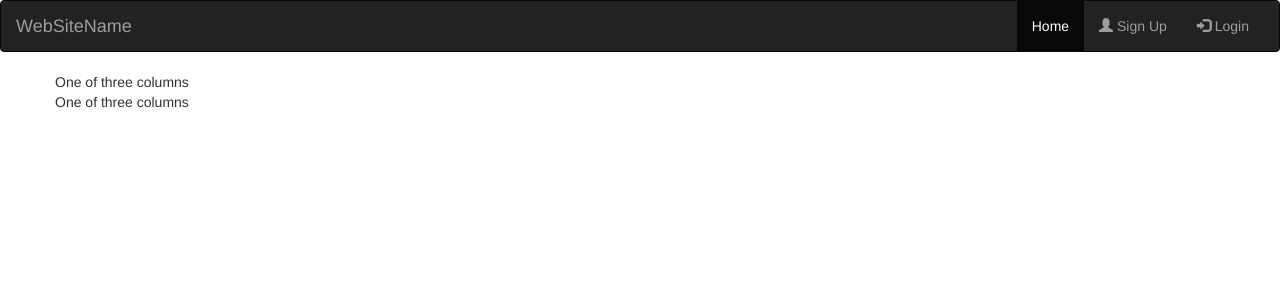
Repository: prathmeshgodbole/Web_Development
Page: Mobile_tracker/Installation.html
These files come from the project's save history. The page is drawn as it stood at one moment and after the next save; the edit follows.
The browser window is 1280 px wide. The pictures show the whole page.

Above is the page before, as saved 2020-03-08 17:20:31.

After the next save:
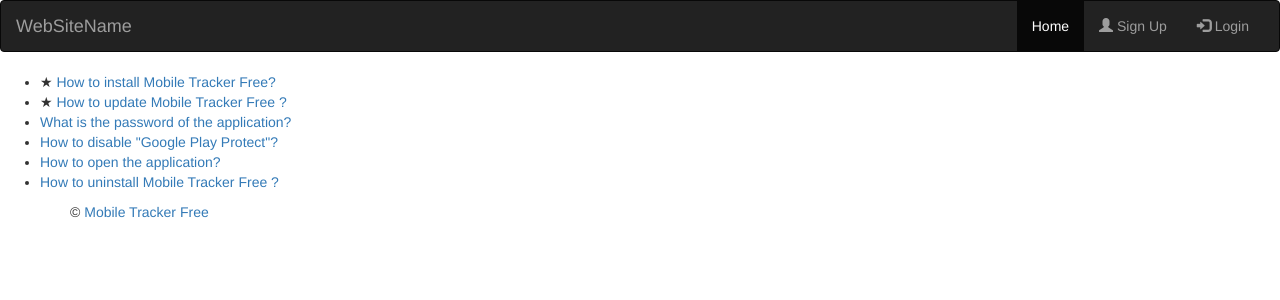
Saved 5 min 3 s later.
--- a/Mobile_tracker/Installation.html
+++ b/Mobile_tracker/Installation.html
@@ -33,16 +33,60 @@
         </div>
     </nav>
 
-    <div class="container">
-        <div class="row">
-            <div class="col-6">
-                One of three columns
-            </div>
-            <div class="col-6">
-                One of three columns
-            </div>
+    <p class="section-description"></p>
+
+
+    <ul class="article-list">
+
+        <li class="article-promoted">
+
+            <span data-title="Promoted article">★</span>
+
+            <a href="/hc/en-us/articles/360003057973-How-to-install-Mobile-Tracker-Free-">How to install Mobile Tracker Free?</a>
+        </li>
+
+        <li class="article-promoted">
+
+            <span data-title="Promoted article">★</span>
+
+            <a href="/hc/en-us/articles/360003915213-How-to-update-Mobile-Tracker-Free-">How to update Mobile Tracker Free ?</a>
+        </li>
+
+        <li>
+
+            <a href="/hc/en-us/articles/360008174459-What-is-the-password-of-the-application-">What is the password of the application?</a>
+        </li>
+
+        <li>
+
+            <a href="/hc/en-us/articles/360005346953-How-to-disable-Google-Play-Protect-">How to disable &quot;Google Play Protect&quot;?</a>
+        </li>
+
+        <li>
+
+            <a href="/hc/en-us/articles/360005296374-How-to-open-the-application-">How to open the application?</a>
+        </li>
+
+        <li>
+
+            <a href="/hc/en-us/articles/360003110633-How-to-uninstall-Mobile-Tracker-Free-">How to uninstall Mobile Tracker Free ?</a>
+        </li>
+
+    </ul>
+
+
+
+    </div>
+    </main>
+
+    </div>
+    <!--/.container-->
+    <footer class="footer container">
+        <div class="container-inner">
+            <p class="copyright">&copy; <a href=https://mobile-tracker-free.com>Mobile Tracker Free</a></p>
         </div>
-    </div>
+    </footer>
+
 
 
 </body>
